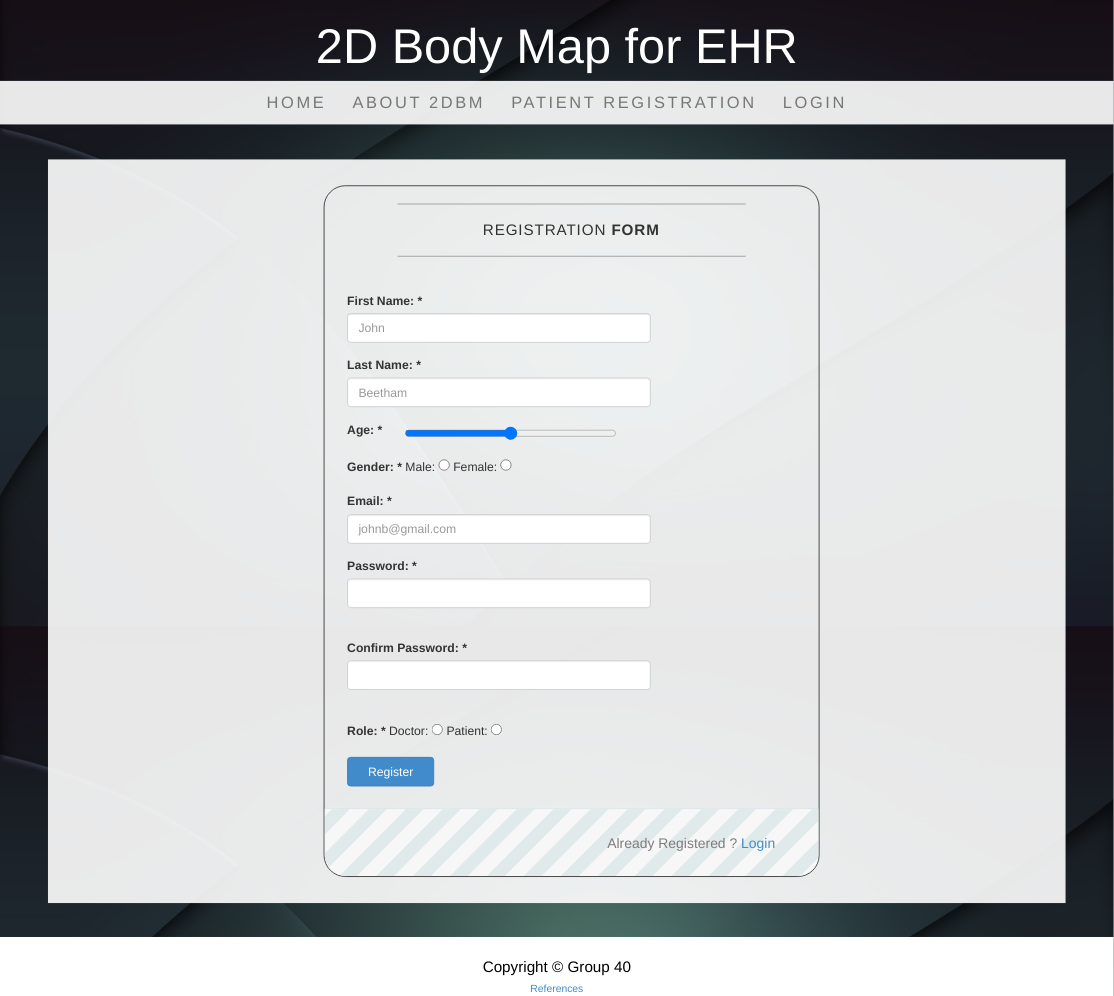
Repository: giftsondp/bodymap_new
Page: http://localhost/TwoDMapperforEHR1/Register.jsp
An editor plug-in stored every save of this project. The page is shown before and after the next save, followed by the edit.
The browser window is 1280 px wide. The pictures show the whole page, at 87% of full size.
Backgrounds fixed to the window are drawn as part of the page. Some web libraries are served in a nearby version. The page is served by Tomcat 9.

Above is the page before, as saved 2013-11-20 09:28:09.
Console error: TypeError: Cannot read properties of undefined (reading 'fn')

After the next save:
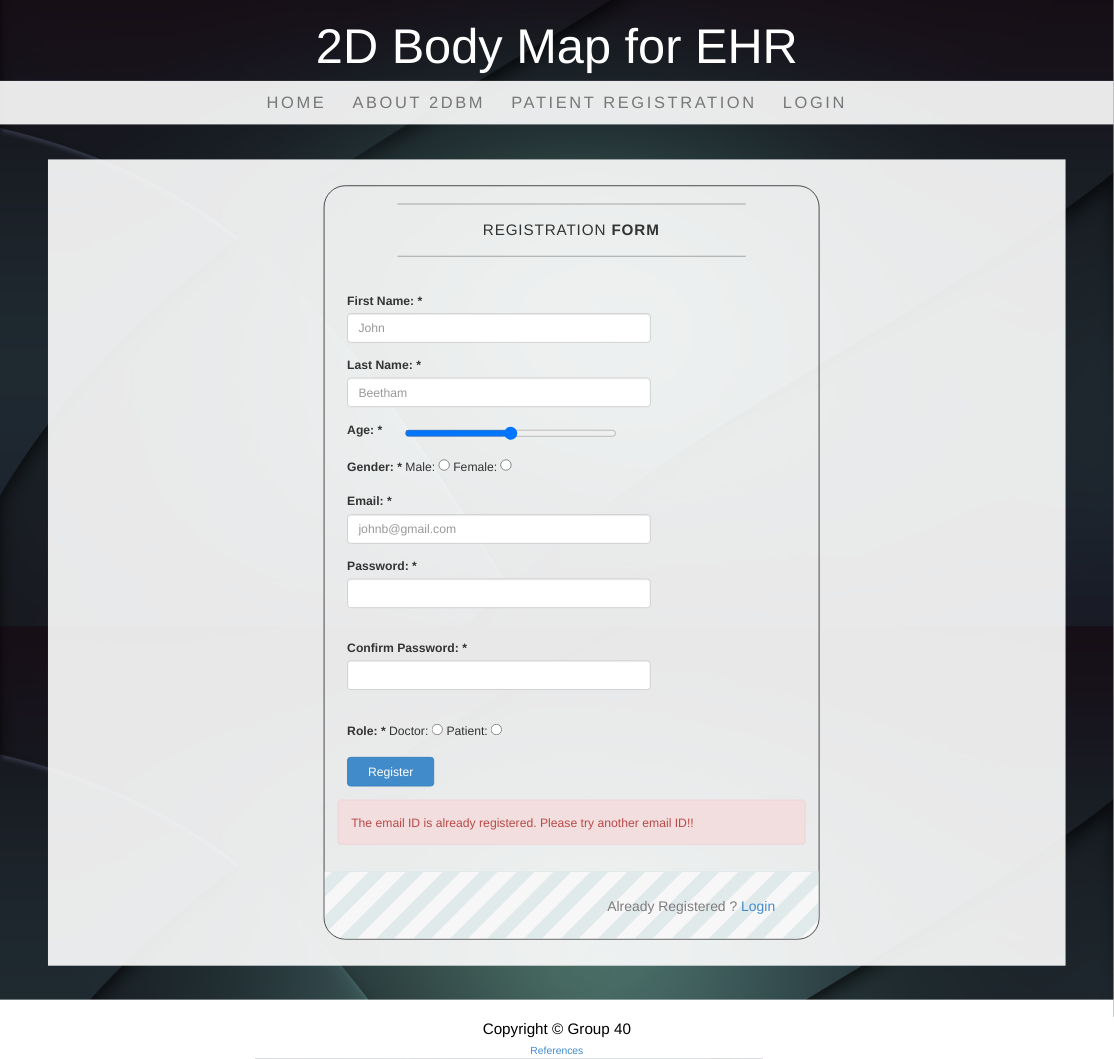
Saved 2 min 36 s later.
--- a/TwoDMapperforEHR1/WebContent/Register.jsp
+++ b/TwoDMapperforEHR1/WebContent/Register.jsp
@@ -23,12 +23,6 @@
 
     <style type="text/css">
 
-    #errorDiv
-    {
-
-    display: none;
-
-    }
 
     </style>
     <script type="text/javascript">
